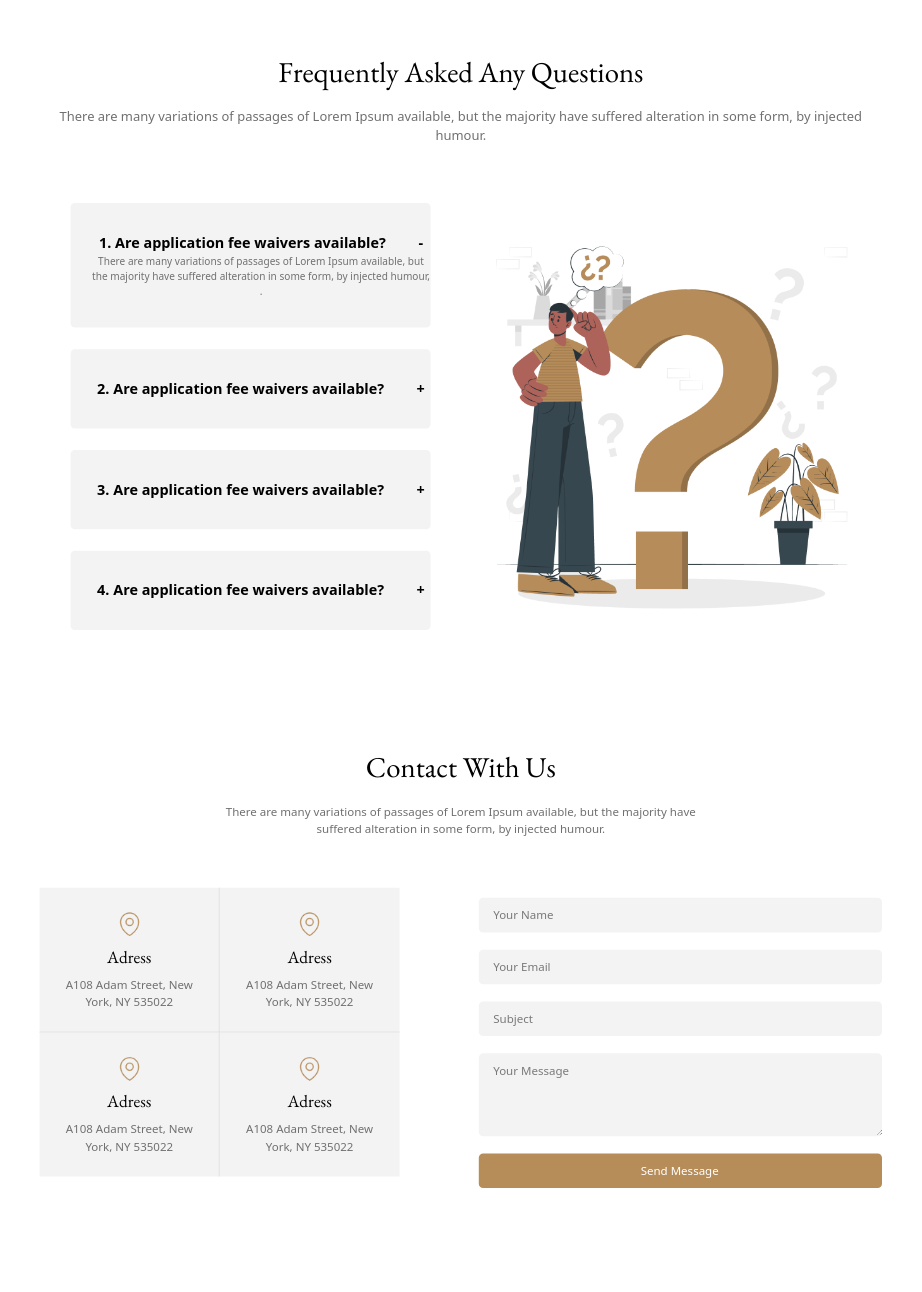
Repository: nahid-hasann/website-6
Page: index.html
An editor plug-in stored every save of this project. The page is shown before and after a run of saves, followed by the edit.
The browser window is 1280 px wide. The pictures show the whole page, at 72% of full size.

Above is the page before, as saved 2025-07-22 22:25:46.

After the next 4 saves:
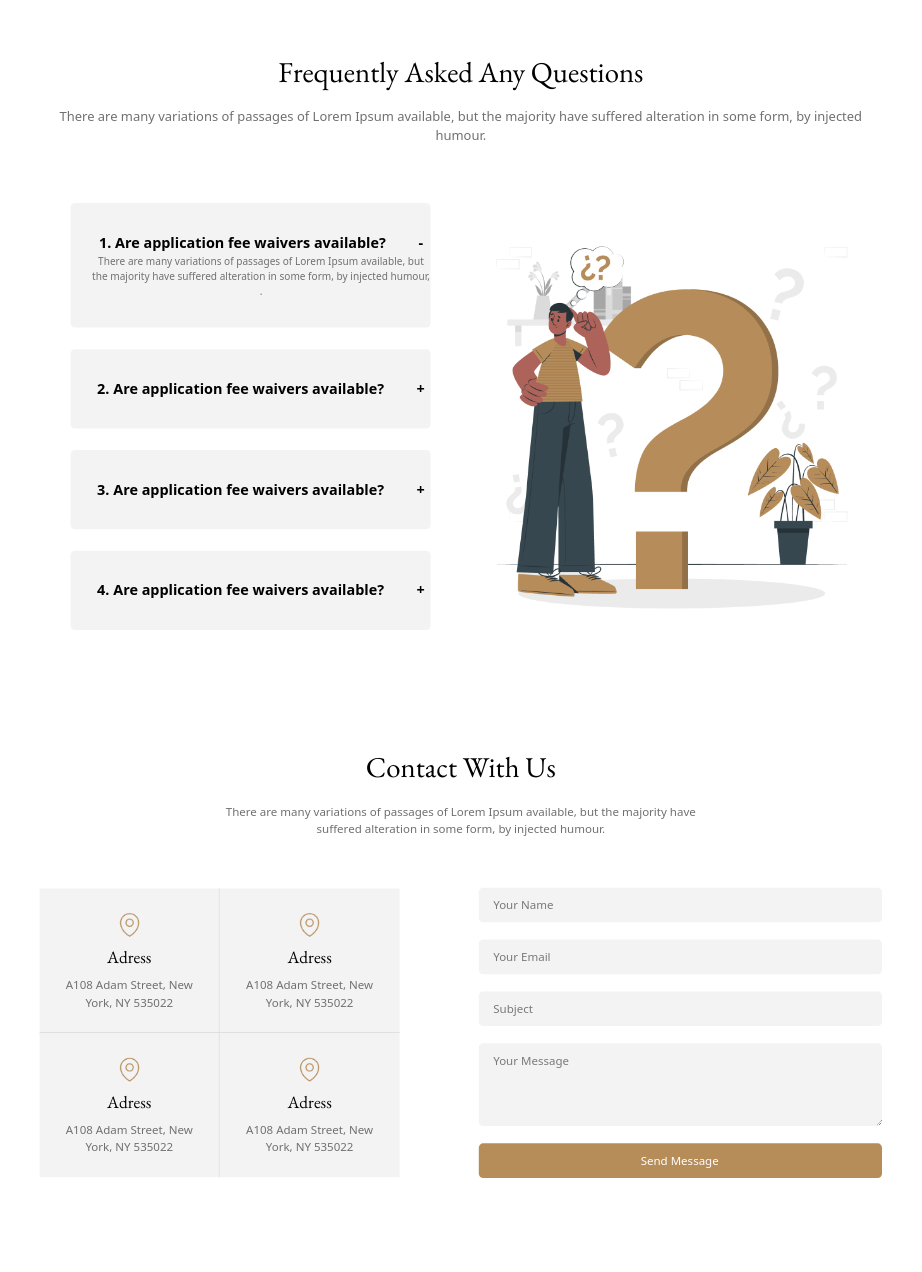
The 4 saves are shown as one change because they came seconds apart.
The last was saved 24 s later.
--- a/index.html
+++ b/index.html
@@ -131,7 +131,7 @@
 
             <div class="contact lg:grid lg:grid-cols-2 lg:justify-center lg:items-center  lg:gap-x-[50px] sm:flex sm:flex-col sm:justify-center sm:items-center mt-[70px]">
 
-                 <div class="contact-info lg:grid lg:grid-cols-2 lg:justify-center lg:items-center sm:w-[500px] sm:flex sm:mb-[30px] sm:justify-center sm:items-center sm:flex-col">
+                 <div class="contact-info lg:grid lg:grid-cols-2 lg:justify-center lg:items-center lg:my-auto sm:w-[500px] sm:flex sm:mb-[30px] sm:justify-center sm:items-center sm:flex-col">
                 <div class="bg-[#f3f3f3]  p-[30px] flex flex-col justify-center items-center text-center lg:border-b lg:border-r lg:border-[#CFCFCF]">
                     <img class="mx-auto" src="images/location.png" alt="">
                     <h1 class="eb-garamond-ok text-[24px] my-[8px]">Adress</h1>

After the save that followed:
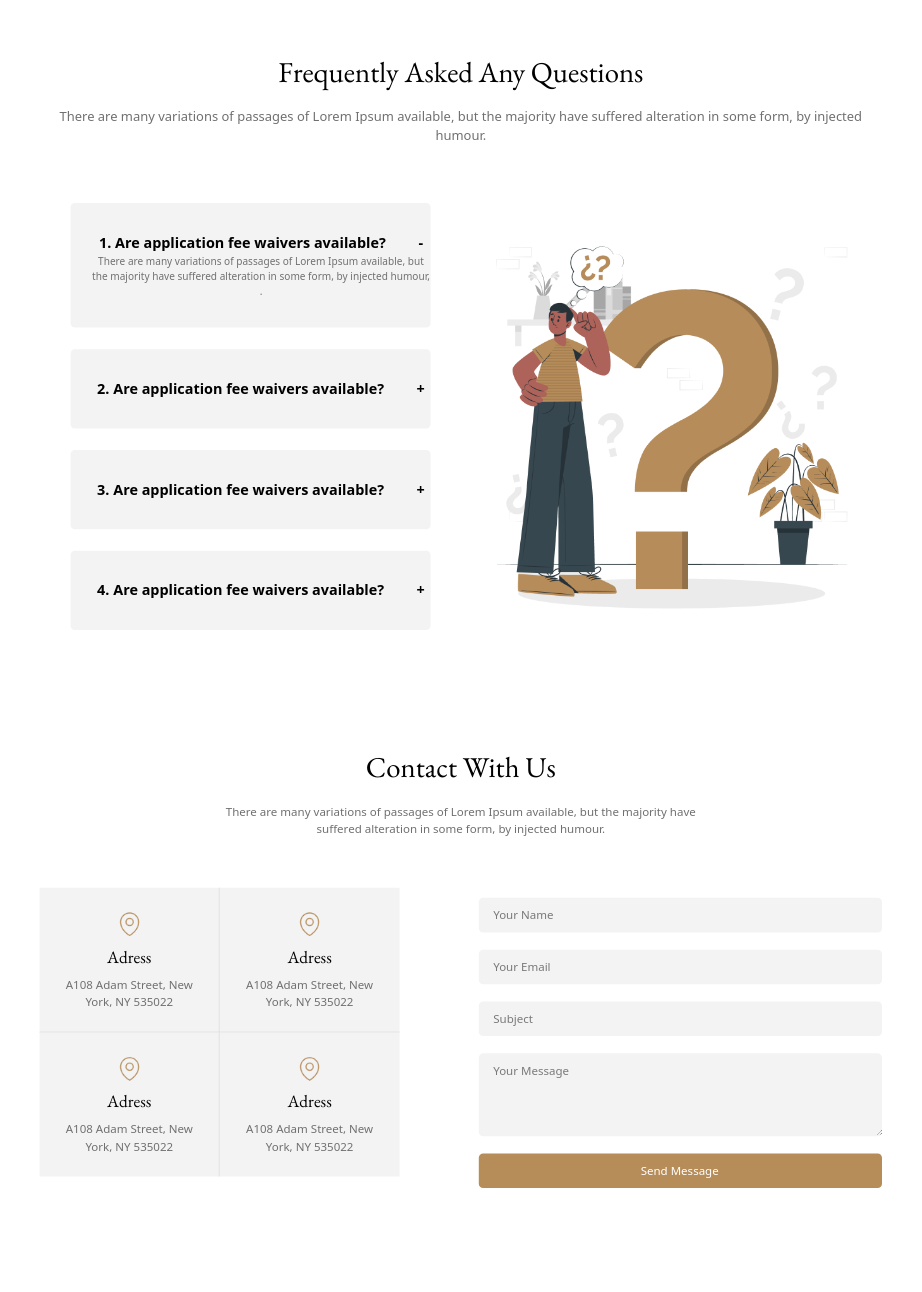
Saved 15 s later.
--- a/index.html
+++ b/index.html
@@ -131,7 +131,7 @@
 
             <div class="contact lg:grid lg:grid-cols-2 lg:justify-center lg:items-center  lg:gap-x-[50px] sm:flex sm:flex-col sm:justify-center sm:items-center mt-[70px]">
 
-                 <div class="contact-info lg:grid lg:grid-cols-2 lg:justify-center lg:items-center lg:my-auto sm:w-[500px] sm:flex sm:mb-[30px] sm:justify-center sm:items-center sm:flex-col">
+                 <div class="contact-info lg:grid lg:grid-cols-2 lg:justify-center lg:items-center  sm:w-[500px] sm:flex sm:mb-[30px] sm:justify-center sm:items-center sm:flex-col">
                 <div class="bg-[#f3f3f3]  p-[30px] flex flex-col justify-center items-center text-center lg:border-b lg:border-r lg:border-[#CFCFCF]">
                     <img class="mx-auto" src="images/location.png" alt="">
                     <h1 class="eb-garamond-ok text-[24px] my-[8px]">Adress</h1>
